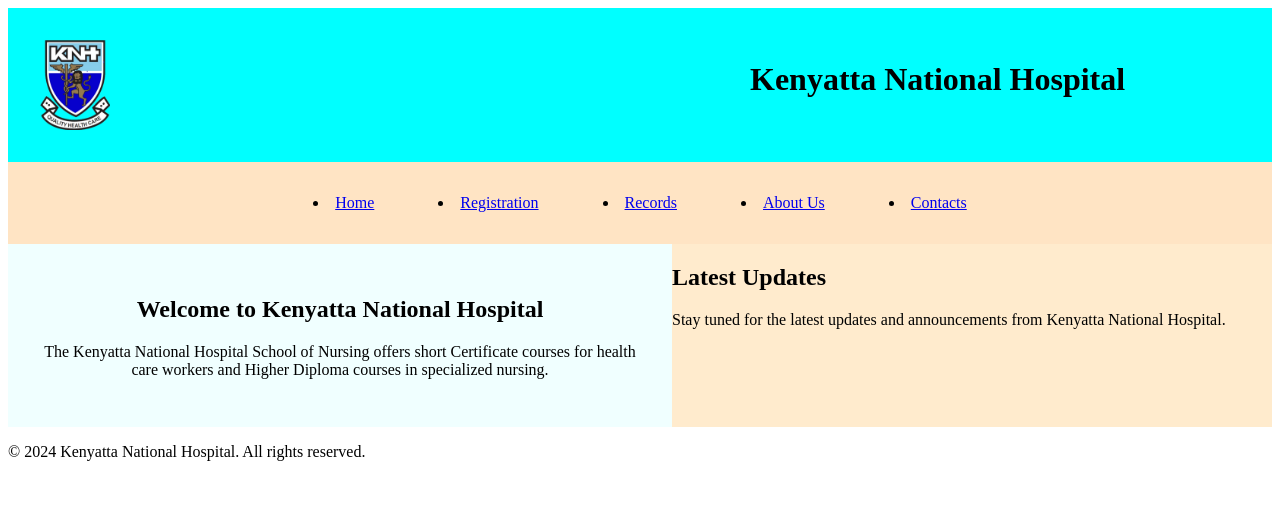
Repository: EphrahimLaanyu123/wsp
Page: index.html
An editor plug-in stored every save of this project. The page is shown before and after a run of saves, followed by the edit.
The browser window is 1280 px wide. The pictures show the whole page.

Above is the page before, as saved 2025-03-14 08:17:24.

### index.html
<!DOCTYPE html>
<html lang="en">
<head>
    <meta charset="UTF-8">
    <meta name="viewport" content="width=device-width, initial-scale=1.0">
    <title>Kenyatta National Hospital</title>
    <link rel="stylesheet" href="styles.css">
</head>
<body>
    <header class="header">
        <img src="/transparent_logo.png" alt="Kenyatta National Hospital Logo" class="logo">
        <h1 class="header-title">Kenyatta National Hospital</h1>
    </header>

    <nav class="nav">

            <li><a href="index.html">Home</a></li>
            <li><a href="Registration.html">Registration</a></li>
            <li><a href="table.html">Records</a></li>
            <li><a href="about.html">About Us</a></li>
            <li><a href="contacts.html">Contacts</a></li>

    </nav>

    <main class="sectionaside">
        <section class="section">
            <h2>Welcome to Kenyatta National Hospital</h2>
            <p>The Kenyatta National Hospital School of Nursing offers short Certificate courses for health care workers and Higher Diploma courses in specialized nursing.</p>
        </section>

        <aside class="aside">
            <h2>Latest Updates</h2>
            <p>Stay tuned for the latest updates and announcements from Kenyatta National Hospital.</p>
        </aside>
    </main>

    <footer class="footer">
        <p>&copy; 2024 Kenyatta National Hospital. All rights reserved.</p>
    </footer>

    <script src="script.js"></script>
</body>
</html>

### styles.css


.header {
    padding: 2rem;
    background-color: aqua;
    display: flex;
    gap: 40rem;
}

.logo {
    width: 70px;
    height: 90px;
}

.nav {
    display: flex;
    justify-content: center;
    gap: 4rem;
    padding: 2rem;
    background-color: bisque;
}


.sectionaside {
    display: flex;
    justify-content: space-between;
}

.section {
    background-color: azure;
    width: 50%;
    justify-content: center;
    align-items: center;
    padding: 2rem;
    text-align: center;
}

.aside {
    background-color: blanchedalmond;
    width: 50%;
}

Loaded but not shown: script.js (no stored copy; drawn as an empty file)

After the next 9 saves:
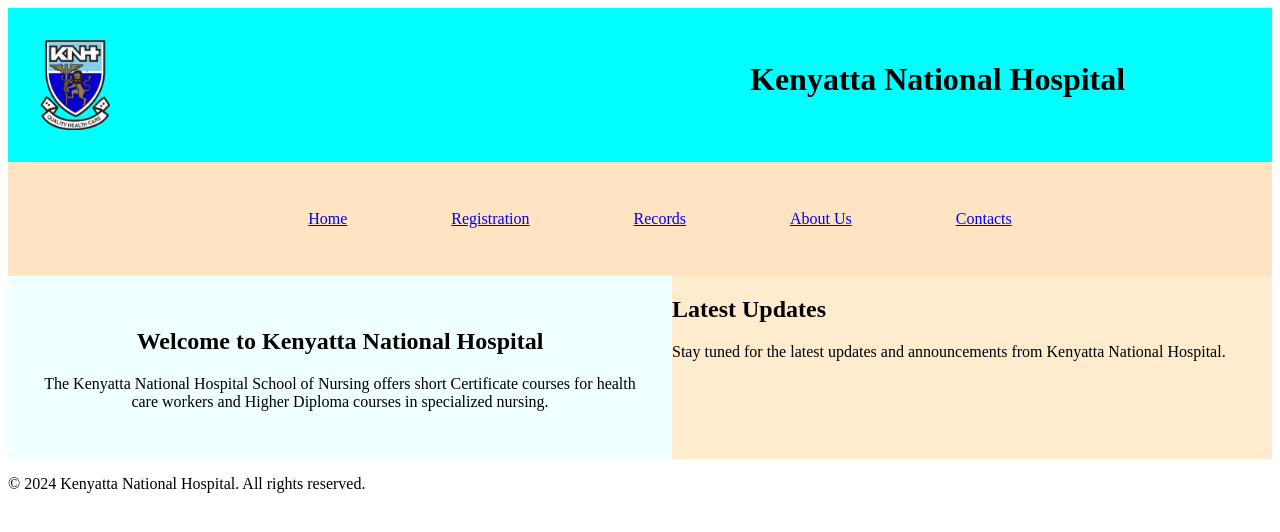
The 9 saves are shown as one change because they came seconds apart.
The last was saved 24 s later.
--- a/index.html
+++ b/index.html
@@ -14,11 +14,11 @@
 
     <nav class="nav">
 
-            <li><a href="index.html">Home</a></li>
-            <li><a href="Registration.html">Registration</a></li>
-            <li><a href="table.html">Records</a></li>
-            <li><a href="about.html">About Us</a></li>
-            <li><a href="contacts.html">Contacts</a></li>
+            <ul><a href="index.html">Home</a></ul>
+            <ul><a href="Registration.html">Registration</a></ul>
+            <ul><a href="table.html">Records</a></ul>
+            <ul><a href="about.html">About Us</a></ul>
+            <ul><a href="contacts.html">Contacts</a></li>
 
     </nav>
 
